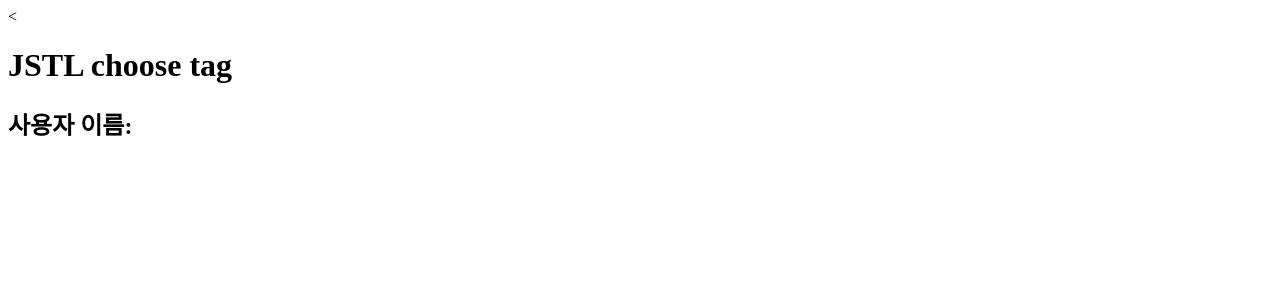
Repository: ljh5973/labweb
Page: http://localhost/JSP04/02_result_choose.jsp
These files come from the project's save history. The page is drawn as it stood at one moment and after the next save; the edit follows.
The browser window is 1280 px wide. The pictures show the whole page.
The page is served by Tomcat 9. Other server files are loaded and not shown.

Above is the page before, as saved 2022-01-11 04:58:39.

### JSP04/webapp/02_result_choose.jsp
<%@ page language="java" contentType="text/html; charset=UTF-8"
	pageEncoding="UTF-8"%>
<%@ page trimDirectiveWhitespaces="true"%>
<%@ taglib prefix="c" uri="http://java.sun.com/jsp/jstl/core"%>
<!DOCTYPE html>

<
<c:choose>
	<c:when test="${param.color eq 'r' }">
		<c:set var="colorValue" value="red"></c:set>
	</c:when>

	<c:when test="${param.color eq 'b' }">
		<c:set var="colorValue" value="blue"></c:set>
	</c:when>
	<c:when test="${param.color eq 'g' }">
		<c:set var="colorValue" value="green"></c:set>
	</c:when>
	<c:otherwise>
		<c:set var="colorValue" value="black"></c:set>
	</c:otherwise>
</c:choose>

<html>
<head>
<meta charset="UTF-8">
<title>JSTL</title>
<style>
span {
	color: ${colorValue
}
;
}
</style>
</head>
<body>

	<h1>JSTL choose tag</h1>

	<h2>
		사용자 이름: <span> ${param.userName }</span>
	</h2>
</body>
</html>

After the next save:
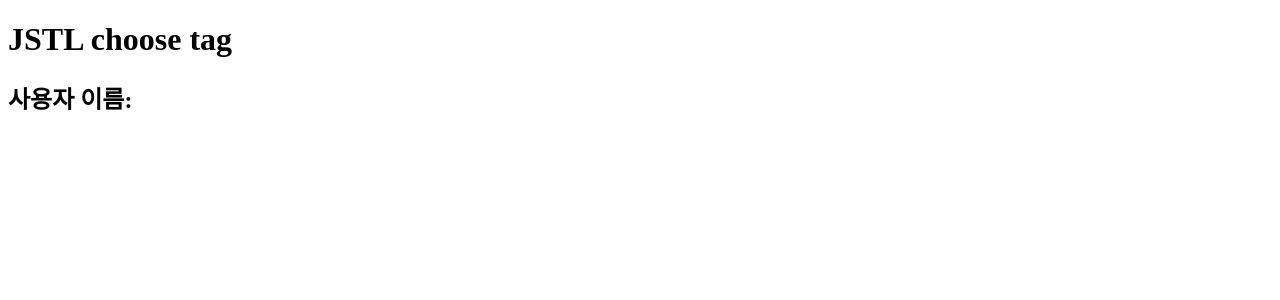
Saved 104 s later.
--- a/JSP04/webapp/02_result_choose.jsp
+++ b/JSP04/webapp/02_result_choose.jsp
@@ -4,7 +4,12 @@
 <%@ taglib prefix="c" uri="http://java.sun.com/jsp/jstl/core"%>
 <!DOCTYPE html>
 
-<
+<%--
+switch (식) {
+ case 값:
+  break;
+}
+ --%>
 <c:choose>
 	<c:when test="${param.color eq 'r' }">
 		<c:set var="colorValue" value="red"></c:set>
